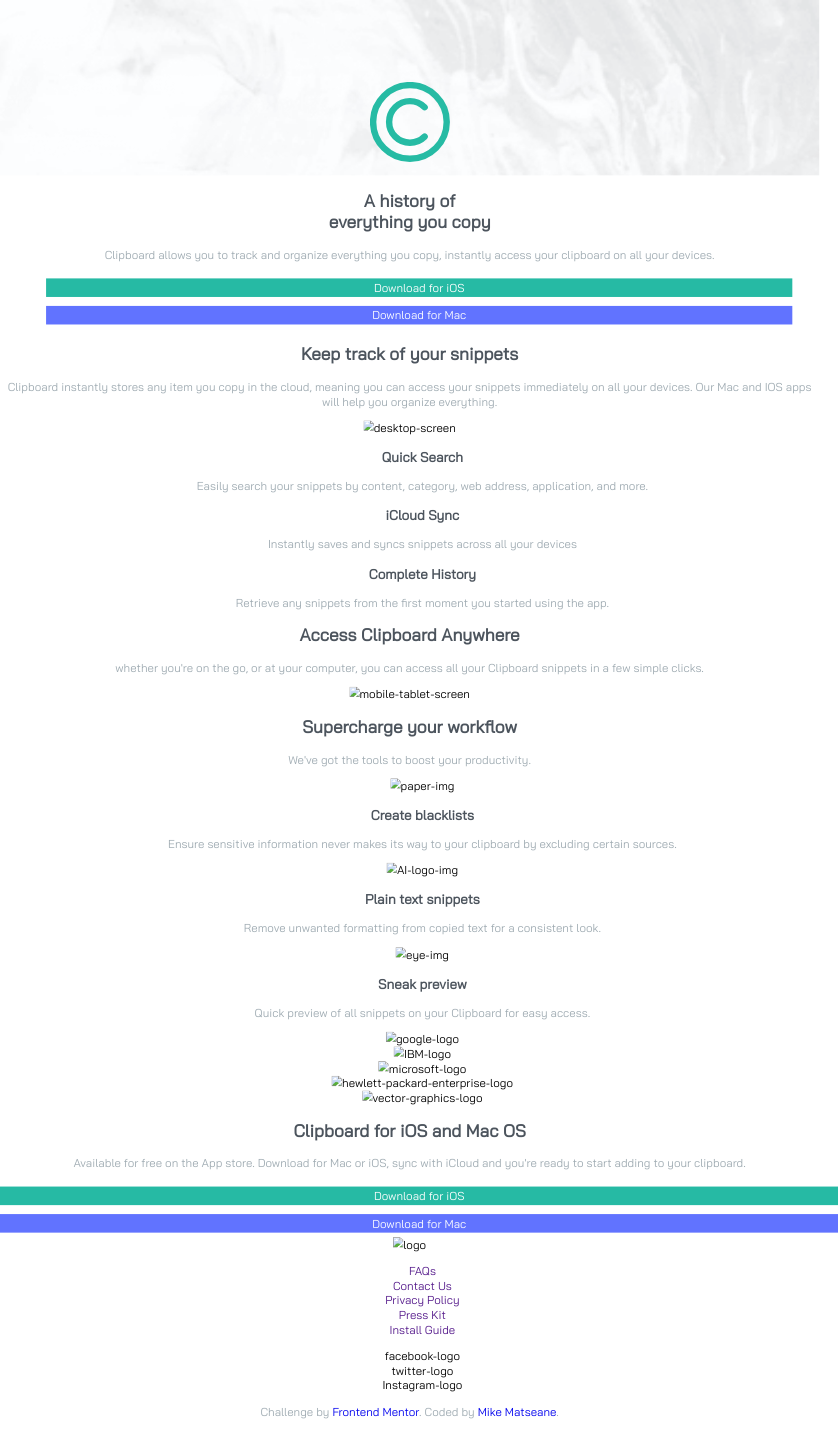
Repository: mikempho/Clipboard-landing-page
Page: index.html
The author's editor kept a copy of each file at every save. The page is drawn from the files as they stood at one save, then again after the next save.
The browser window is 1280 px wide. The page is 1310 px wide, then 1280 px, so the pictures cover 1310 px, including what lies to the right of the window. The pictures show the whole page, at 64% of full size.

Above is the page before, as saved 2022-04-11 10:43:20.

### index.html
<!DOCTYPE html>
<html lang="en">
  <head>
    <meta charset="UTF-8">
    <meta name="viewport" content="width=device-width, initial-scale=1.0"> <!-- displays site properly based on user's device -->

    <link rel="icon" type="image/png" sizes="32x32" href="./images/favicon-32x32.png">
    <link rel="stylesheet" href="/css/style.css">

    <title>Frontend Mentor | Clipboard landing page</title>

  </head>
  <body>
    <header class="header">
      <img class="logo" src="/images/logo.svg" alt="">
    </header>
    <main>
      <section class="hero">
        <h1>A history of <br> everything you copy</h1>
        <p>Clipboard allows you to track and organize everything you copy, instantly access your clipboard on all your devices.</p>
        <div class="buttons">
          <a class="iOS-btn" href="#">Download for iOS</a>
          <a class="mac-btn" href="#">Download for Mac</a>
        </div>
      </section>
      <section class="section-1">
        <h2>Keep track of your snippets</h2>
        <p>Clipboard instantly stores any item you copy in the cloud, meaning you can access your snippets immediately on all your devices. Our Mac and IOS apps will help you organize everything.</p>
        <div class="features">
          <img class="feature-img" src="" alt="desktop-screen">
          <ul class="list-of-features">
            <li>
              <h3>Quick Search</h3>
              <p>Easily search your snippets by content, category, web address, application, and more.</p>
            </li>
            <li>
              <h3>iCloud Sync</h3>
              <p>Instantly saves and syncs snippets across all your devices</p>
            </li>
            <li>
              <h3>Complete History</h3>
              <p>Retrieve any snippets from the first moment you started using the app.</p>
            </li>
          </ul>
        </div>
      </section>
      <section class="section-2">
        <h2>Access Clipboard Anywhere</h2>
        <p>whether you're on the go, or at your computer, you can access all your Clipboard snippets in a few simple clicks.</p>
        <img class="mobile-tablet-screen" src="" alt="mobile-tablet-screen">
      </section>
      <section class="section-3">
        <h2>Supercharge your workflow</h2>
        <p>We've got the tools to boost your productivity.</p>
        <div>
          <ul class="list-of-features">
            <li>
              <img src="" alt="paper-img">
              <h3>Create blacklists</h3>
              <p>Ensure sensitive information never makes its way to your clipboard by excluding certain sources.</p>
            </li>
            <li>
              <img src="" alt="AI-logo-img">
              <h3>Plain text snippets</h3>
              <p>Remove unwanted formatting from copied text for a consistent look.</p>
            </li>
            <li>
              <img src="" alt="eye-img">
              <h3>Sneak preview</h3>
              <p>Quick preview of all snippets on your Clipboard for easy access.</p>
            </li>
          </ul>
        </div>
      </section>
      <section class="section-4">
        <ul class="company-logos">
          <li><img src="" alt="google-logo"></li>
          <li><img src="" alt="IBM-logo"></li>
          <li><img src="" alt="microsoft-logo"></li>
          <li><img src="" alt="hewlett-packard-enterprise-logo"></li>
          <li><img src="" alt="vector-graphics-logo"></li>
        </ul>
      </section>
      <section class="section-5">
        <h2>Clipboard for iOS and Mac OS</h2>
        <p>Available for free on the App store. Download for Mac or iOS, sync with iCloud and you're ready to start adding to your clipboard.</p>
        <div class="buttons">
          <a class="iOS-btn" href="">Download for iOS</a>
          <a class="mac-btn" href="">Download for Mac</a>
        </div>
      </section>
    </main>

    <footer>
      <div class="footer">
        <img src="" alt="logo">
        <ul class="footer-menu">
          <li><a href="">FAQs</a></li>
          <li><a href="">Contact Us</a></li>
          <li><a href="">Privacy Policy</a></li>
          <li><a href="">Press Kit</a></li>
          <li><a href="">Install Guide</a></li>
        </ul>
        <ul class="social-links">
          <li><a href=""></a>facebook-logo</li>
          <li><a href=""></a>twitter-logo</li>
          <li><a href=""></a>Instagram-logo</li>
        </ul>
      </div>
      <p class="attribution">
        Challenge by <a href="https://www.frontendmentor.io?ref=challenge" target="_blank">Frontend Mentor</a>.
        Coded by <a href="#">Mike Matseane</a>.
      </p>
    </footer>
  </body>
</html>

### css/style.css
/* Universal styling */
body {
    margin: 0;
    padding: 0;
    text-align: center;
    Font-size: 18px;
    font-family: Bai-Jamjuree;
}

* {
    list-style: none;
    text-decoration: none;
}

:root {
    /* Primary colors */
    --Strong-Cyan: hsl(171, 66%, 44%);
    --Light-Blue: hsl(233, 100%, 69%);
    /* Neutral colors */
    --Dark-Grayish-Blue: hsl(210, 10%, 33%);
    --Grayish-Blue: hsl(201, 11%, 66%);
    /* Spacing */
    --container-padding: 0 5.6%;
}

@font-face {
    font-family: Bai-Jamjuree;
    src: url(/Assets/Fonts/Bai_Jamjuree/BaiJamjuree-Regular.ttf);
}

h1, h2, h3{
    color: var(--Dark-Grayish-Blue);
}

p {
    color: var(--Grayish-Blue);
}

/* header section */

.header {
    background-image: url(/images/bg-header-mobile.png);
    background-repeat: no-repeat;
    background-size: cover;
}

.logo {
    margin: 8rem 0 1rem 0;
}

/* hero section */
.hero {
    padding: var(--container-padding);
}

.buttons a {
    display: inline-block;
    padding: 3px 15px;
    width: 100%;
    margin: 7px 0;
    color: white;

}

.iOS-btn {
    background-color: var(--Strong-Cyan);
}

.mac-btn {
    background-color: var(--Light-Blue);
}

After the next save:
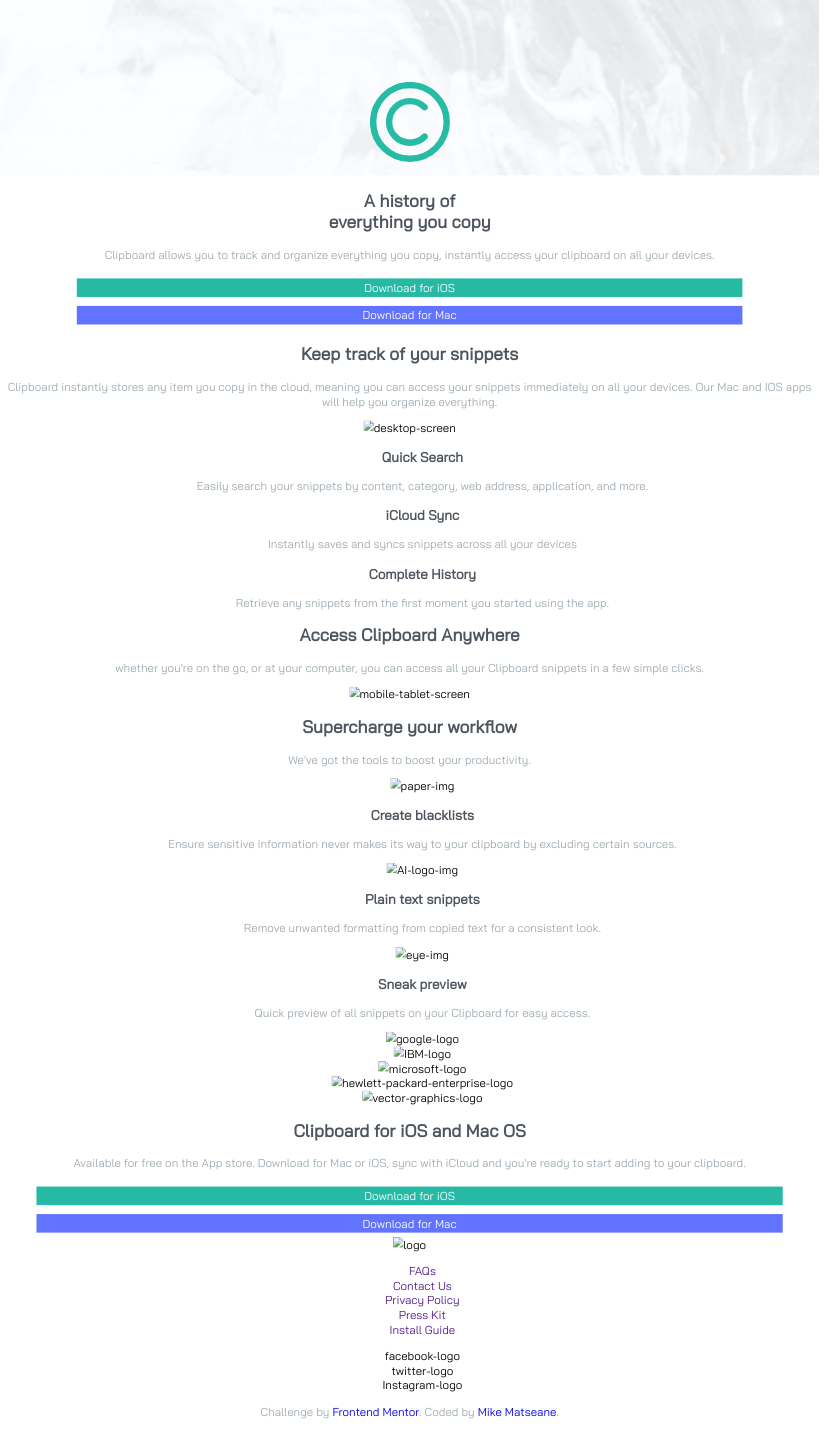
Saved 42 s later.
--- a/css/style.css
+++ b/css/style.css
@@ -56,7 +56,7 @@
 .buttons a {
     display: inline-block;
     padding: 3px 15px;
-    width: 100%;
+    width: 88.8%;
     margin: 7px 0;
     color: white;
 
